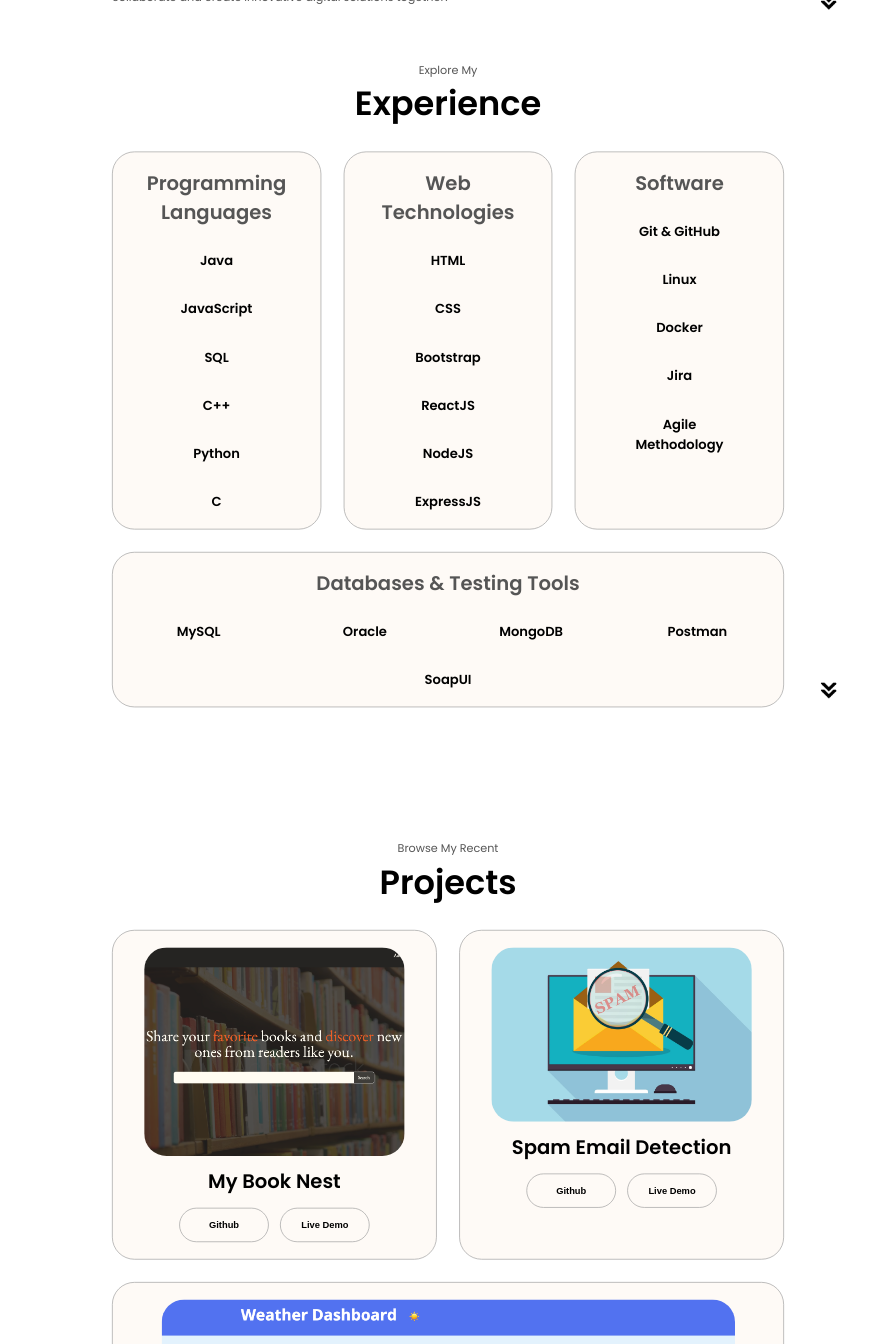
Repository: Pradnya-07/Portfolio-Pradnya
Page: index.html
The author's editor kept a copy of each file at every save. The page is drawn from the files as they stood at one save, then again after the next save.
The browser window is 1280 px wide. The pictures show the part of the page from y = 1448 to 3368 px (the page is 4542 px tall before and 4571 px after), at 70% of full size.

Above is the page before, as saved 2025-05-01 16:53:15.

### index.html
<!DOCTYPE html>
<html lang="en">
  <head>
    <meta charset="UTF-8" />
    <meta http-equiv="X-UA-Compatible" content="IE=edge" />
    <meta name="viewport" content="width=device-width, initial-scale=1.0" />
    <title>My Portfolio</title>
    <link rel="stylesheet" href="style.css" />
    <link rel="stylesheet" href="mediaqueries.css" />
  </head>
  <body>
    <nav id="desktop-nav">
      <div class="logo">Pradnya Baviskar</div>
      <div>
        <ul class="nav-links">
          <li><a href="#about">About</a></li>
          <li><a href="#experience">Experience</a></li>
          <li><a href="#projects">Projects</a></li>
          <li><a href="#contact">Contact</a></li>
        </ul>
      </div>
    </nav>
    <nav id="hamburger-nav">
      <div class="logo">Pradnya Baviskar</div>
      <div class="hamburger-menu">
        <div class="hamburger-icon" onclick="toggleMenu()">
          <span></span>
          <span></span>
          <span></span>
        </div>
        <div class="menu-links">
          <li><a href="#about" onclick="toggleMenu()">About</a></li>
          <li><a href="#experience" onclick="toggleMenu()">Experience</a></li>
          <li><a href="#projects" onclick="toggleMenu()">Projects</a></li>
          <li><a href="#contact" onclick="toggleMenu()">Contact</a></li>
        </div>
      </div>
    </nav>
    <section id="profile">
      <div class="section__pic-container">
        <img src="./assets/profile-pic.JPG" alt="Pradnya Baviskar profile picture" />
      </div>
      <div class="section__text">
        <p class="section__text__p2">Hello, I'm</p>
        <h1 class="title">Pradnya Baviskar</h1>
        <p class="section__text__p2">Software Developer - Full Stack</p>
        <div class="btn-container">
          <button
            class="btn btn-color-2"
            onclick="window.open('./assets/pradnya_baviskar-3.pdf')"
          >
            Download CV
          </button>
          <button class="btn btn-color-1" onclick="location.href='#contact'">
            Contact Info
          </button>
        </div>
        <div id="socials-container">
          <img
            src="./assets/linkedin.png"
            alt="My LinkedIn profile"
            class="icon"
            onclick="location.href='https://linkedin.com/'"
          />
          <img
            src="./assets/github.png"
            alt="My Github profile"
            class="icon"
            onclick="location.href='https://github.com/'"
          />
        </div>
      </div>
    </section>
    <section id="about">
      <p class="section__text__p1">Get To Know More</p>
      <h1 class="title">About Me</h1>
      <div class="section-container">

        <div class="about-details-container">
          <div class="about-containers">
            <div class="details-container">
              <img
                src="./assets/experience.png"
                alt="Experience icon"
                class="icon"
              />
              <h3>Experience</h3>
              <p>3+ years <br />Full Stack Development</p>
            </div>
            <div class="details-container">
              <img
                src="./assets/education.png"
                alt="Education icon"
                class="icon"
              />
              <h3>Education</h3>
              <p>B.Tech. Bachelors Degree<br />M.Sc. Masters Degree</p>
            </div>
          </div>
          <div class="text-container">
            <p>
              I'm a Full Stack Developer with over 3 years of experience building scalable, production-ready web applications.
              My expertise lies in backend development using Java, SQL Server, Oracle, and Spring Boot, combined with frontend technologies like JavaScript and React.js.
              I have contributed to large-scale projects by improving performance and delivering complex financial technology solutions for top-tier banks, ensuring both efficiency and innovation.
              I’m passionate about writing clean, maintainable code and collaborating within cross-functional teams to solve challenging problems.
            </p>
            <p style=" margin-top: 2%;">
              With a Master's degree in Software Engineering and Testing, I am committed to staying ahead in the evolving tech landscape by learning and implementing emerging technologies.
              Whether it’s designing sleek front-end interfaces or optimizing complex back-end systems, I strive to build applications that are efficient, user-friendly, and impactful.
              Let’s collaborate and create innovative digital solutions together!
            </p>
          </div>
        </div>
      </div>
      <img
        src="./assets/arrow.png"
        alt="Arrow icon"
        class="icon arrow"
        onclick="location.href='#experience'"
      />
    </section>
    <section id="experience">
      <p class="section__text__p1">Explore My</p>
      <h1 class="title">Experience</h1>
      <div class="experience-details-container">
        <div class="about-containers">
          <div class="details-container">
            <h2 class="experience-sub-title">Programming Languages</h2>
            <div class="article-container">
              <article class="skills">

                <div>
                  <h3 class="skills">Java</h3>
                </div>
              </article>
              <article class="skills">

                <div>
                  <h3 class="skills">JavaScript</h3>

                </div>
              </article>
              <article class="skills">

                <div>
                  <h3 class="skills">SQL</h3>

                </div>
              </article>
              <article class="skills">

                <div>
                  <h3 class="skills">C++</h3>

                </div>
              </article>
              <article class="skills">

                <div>
                  <h3>Python</h3>
                </div>
              </article>
              <article class="skills">

                <div>
                  <h3 class="skills">C</h3>
                </div>
              </article>

            </div>
          </div>

          <div class="details-container">
            <h2 class="experience-sub-title">Web Technologies</h2>
            <div class="article-container">
              <article>

                <div>
                  <h3>HTML</h3>
                </div>
              </article>
              <article>

                <div>
                  <h3>CSS</h3>
                </div>
              </article>
              <article>

                <div>
                  <h3>Bootstrap</h3>
                </div>
              </article>
              <article>

                <div>
                  <h3>ReactJS</h3>
                </div>
              </article>
              <article>

                <div>
                  <h3>NodeJS</h3>
                </div>
              </article>
              <article>

                <div>
                  <h3>ExpressJS</h3>
                </div>
              </article>
            </div>
          </div>

          <div class="details-container">
            <h2 class="experience-sub-title">Software</h2>
            <div class="article-container">
              <article>

                <div>
                  <h3>Git & GitHub</h3>
                </div>
              </article>
              <article>

                <div>
                  <h3>Linux</h3>
                </div>
              </article>



              <article>

                <div>
                  <h3>Docker</h3>
                </div>
              </article>
              <article>

                <div>
                  <h3>Jira</h3>
                </div>
              </article>
              <article>

                <div>
                  <h3 class="skills">Agile Methodology</h3>
                </div>
              </article>
            </div>
          </div>

          <div class="details-container">
            <h2 class="experience-sub-title">Databases & Testing Tools</h2>
            <div class="article-container">
              <article>

                <div>
                  <h3>MySQL</h3>
                </div>
              </article>
              <article>

                <div>
                  <h3>Oracle</h3>
                </div>
              </article>
              <article>

                <div>
                  <h3>MongoDB</h3>
                </div>
              </article>
              <article>

                <div>
                  <h3>Postman</h3>
                </div>
              </article>
              <article>

                <div>
                  <h3>SoapUI</h3>
                </div>
              </article>

            </div>
          </div>


        </div>
      </div>
      <img
        src="./assets/arrow.png"
        alt="Arrow icon"
        class="icon arrow"
        onclick="location.href='#projects'"
      />
    </section>

    <section id="projects">
      <p class="section__text__p1">Browse My Recent</p>
      <h1 class="title">Projects</h1>
      <div class="experience-details-container">
        <div class="about-containers">
          <div class="details-container color-container">
            <div class="article-container">
              <img
                src="./assets/project1.png"
                alt="Project 1"
                class="project-img"
              />
            </div>
            <h2 class="experience-sub-title project-title">My Book Nest</h2>
            <div class="btn-container">
              <button
                class="btn btn-color-2 project-btn"
                onclick="location.href='https://github.com/Pradnya-07/Pradnya-s_Library'"
              >
                Github
              </button>
              <button
                class="btn btn-color-2 project-btn"
                onclick="location.href='https://pradnya-s-library.onrender.com'"
              >
                Live Demo
              </button>
            </div>
          </div>
          <div class="details-container color-container">
            <div class="article-container">
              <img
                src="./assets/scam.png"
                alt="Project 2"
                class="project-img"
              />
            </div>
            <h2 class="experience-sub-title project-title">Spam Email Detection</h2>
            <div class="btn-container">
              <button
                class="btn btn-color-2 project-btn"
                onclick="location.href='https://github.com/Pradnya-07/Spam_Email_Detection'"
              >
                Github
              </button>
              <button
                class="btn btn-color-2 project-btn"
                onclick="location.href='https://spam-email-detection-9in7.onrender.com'"
              >
                Live Demo
              </button>
            </div>
          </div>
          <div class="details-container color-container">
            <div class="article-container">
              <img
                src="./assets/forecast.png"
                alt="Project 3"
                class="project-img"
              />
            </div>
            <h2 class="experience-sub-title project-title">Weather Forecast</h2>
            <div class="btn-container" style="margin-top: 14%;">
              <button
                class="btn btn-color-2 project-btn"
                onclick="location.href='https://github.com/Pradnya-07/Weather-Dashboard'"
              >
                Github
              </button>
              <button
                class="btn btn-color-2 project-btn"
                onclick="location.href='https://pradnya-07.github.io/Weather-Dashboard/'"
              >
                Live Demo
              </button>
            </div>
          </div>
        </div>
      </div>
      <img
        src="./assets/arrow.png"
        alt="Arrow icon"
        class="icon arrow"
        onclick="location.href='#contact'"
      />
    </section>
    <section id="contact">


      <div class="contact-info-upper-container">
        <div class="contact-info-container">
          <img
            src="./assets/email.png"
            alt="Email icon"
            class="icon contact-icon email-icon"
          />
          <p><a href="mailto:pradnyabaviskar56p@gmail.com">pradnyabaviskar56p@gmail.com</a></p>
        </div>
        <div class="contact-info-container">
          <img
            src="./assets/linkedin.png"
            alt="LinkedIn icon"
            class="icon contact-icon"
          />
          <p><a href="https://www.linkedin.com">LinkedIn</a></p>
        </div>
      </div>
    </section>
    <footer>
      <nav>
        <div class="nav-links-container">
          <ul class="nav-links">
            <li><a href="#about">About</a></li>
            <li><a href="#experience">Experience</a></li>
            <li><a href="#projects">Projects</a></li>
            <li><a href="#contact">Contact</a></li>
          </ul>
        </div>
      </nav>
      <p>Copyright &#169; 2025 Pradnya Baviskar. All Rights Reserved.</p>
    </footer>
    <script src="script.js"></script>
  </body>
</html>

### style.css
/* GENERAL */

@import url("https://fonts.googleapis.com/css2?family=Poppins:wght@300;400;500;600&display=swap");

* {
  margin: 0;
  padding: 0;
}

body {
  font-family: "Poppins", sans-serif;
}

html {
  scroll-behavior: smooth;
}

p {
  color: rgb(85, 85, 85);
}

/* TRANSITION */

a,
.btn {
  transition: all 300ms ease;
}

/* DESKTOP NAV */

nav,
.nav-links {
  display: flex;
}

nav {
  justify-content: space-around;
  align-items: center;
  height: 17vh;
}

.nav-links {
  gap: 2rem;
  list-style: none;
  font-size: 1.5rem;
}

a {
  color: black;
  text-decoration: none;
  text-decoration-color: white;
}

a:hover {
  color: grey;
  text-decoration: underline;
  text-underline-offset: 1rem;
  text-decoration-color: rgb(181, 181, 181);
}

.logo {
  font-size: 2rem;
}

.logo:hover {
  cursor: default;
}

/* HAMBURGER MENU */

#hamburger-nav {
  display: none;
}

.hamburger-menu {
  position: relative;
  display: inline-block;
}

.hamburger-icon {
  display: flex;
  flex-direction: column;
  justify-content: space-between;
  height: 24px;
  width: 30px;
  cursor: pointer;
}

.hamburger-icon span {
  width: 100%;
  height: 2px;
  background-color: black;
  transition: all 0.3 ease-in-out;
}

.menu-links {
  position: absolute;
  top: 100%;
  right: 0;
  background-color: white;
  width: fit-content;
  max-height: 0;
  overflow: hidden;
  transition: all 0.3 ease-in-out;
}

.menu-links a {
  display: block;
  padding: 10px;
  text-align: center;
  font-size: 1.5rem;
  color: black;
  text-decoration: none;
  transition: all 0.3 ease-in-out;
}

.menu-links li {
  list-style: none;
}

.menu-links.open {
  max-height: 300px;
}

.hamburger-icon.open span:first-child {
  transform: rotate(45deg) translate(10px, 5px);
}

.hamburger-icon.open span:nth-child(2) {
  opacity: 0;
}

.hamburger-icon.open span:last-child {
  transform: rotate(-45deg) translate(10px, -5px);
}

.hamburger-icon span:first-child {
  transform: none;
}

.hamburger-icon span:first-child {
  opacity: 1;
}

.hamburger-icon span:first-child {
  transform: none;
}

/* SECTIONS */

section {
  padding-top: 4vh;
  height: 96vh;
  margin: 0 10rem;
  box-sizing: border-box;
  min-height: fit-content;
}

.section-container {
  display: flex;
}

.skills {
  text-align: center;

}

/* PROFILE SECTION */

#profile {
  display: flex;
  justify-content: center;
  gap: 5rem;
  height: 80vh;
}

.section__pic-container {
  display: flex;
  height: 400px;
  width: 400px;
  margin: auto 0;
}

.section__text {
  align-self: center;
  text-align: center;
}

.section__text p {
  font-weight: 600;
}

.section__text__p1 {
  text-align: center;
}

.section__text__p2 {
  font-size: 1.75rem;
  margin-bottom: 1rem;
}

.title {
  font-size: 3rem;
  text-align: center;
}

#socials-container {
  display: flex;
  justify-content: center;
  margin-top: 1rem;
  gap: 1rem;
}

/* ICONS */

.icon {
  cursor: pointer;
  height: 2rem;
}

/* BUTTONS */

.btn-container {
  display: flex;
  justify-content: center;
  gap: 1rem;
}

.btn {
  font-weight: 600;
  transition: all 300ms ease;
  padding: 1rem;
  width: 8rem;
  border-radius: 2rem;
}

.btn-color-1,
.btn-color-2 {
  border: rgb(53, 53, 53) 0.1rem solid;
}

.btn-color-1:hover,
.btn-color-2:hover {
  cursor: pointer;
}

.btn-color-1,
.btn-color-2:hover {
  background: rgb(53, 53, 53);
  color: white;
}

.btn-color-1:hover {
  background: rgb(0, 0, 0);
}

.btn-color-2 {
  background: none;
}

.btn-color-2:hover {
  border: rgb(255, 255, 255) 0.1rem solid;
}

.btn-container {
  gap: 1rem;
}

/* ABOUT SECTION */

#about {
  position: relative;
}

.about-containers {
  gap: 2rem;
  margin-bottom: 2rem;
  margin-top: 2rem;
}

.about-details-container {
  justify-content: center;
  flex-direction: column;
}

.about-containers,
.about-details-container {
  display: flex;
}

.about-pic {
  border-radius: 2rem;
}

.arrow {
  position: absolute;
  right: -5rem;
  bottom: 2.5rem;
}

.details-container {
  padding: 1.5rem;
  flex: 1;
  background: rgb(232 188 130 / 7%);
  border-radius: 2rem;
  border: rgb(53, 53, 53) 0.1rem solid;
  border-color: rgb(163, 163, 163);
  text-align: center;
}

.section-container {
  gap: 4rem;
  height: 80%;
}

.section__pic-container {
  height: 400px;
  width: 400px;
  margin: auto 0;
}

/* EXPERIENCE SECTION */

#experience {
  position: relative;
}

.experience-sub-title {
  color: rgb(85, 85, 85);
  font-weight: 600;
  font-size: 1.75rem;
  margin-bottom: 2rem;
}

.experience-details-container {
  display: flex;
  justify-content: center;
  flex-direction: column;
}

.article-container {
  display: flex;
  text-align: initial;
  flex-wrap: wrap;
  flex-direction: row;
  gap: 2.5rem;
  justify-content: space-around;
}

article {
  display: flex;
  width: 10rem;
  justify-content: space-around;
  gap: 0.5rem;
}

article .icon {
  cursor: default;
}

/* PROJECTS SECTION */

#projects {
  position: relative;
  margin-top: 10%;
}

.color-container {
  border-color: rgb(163, 163, 163);
  background: rgb(232 188 130 / 7%);
}

.project-img {
  border-radius: 2rem;
  width: 90%;
  height: 90%;
}

.project-title {
  margin: 1rem;
  color: black;
}

.project-btn {
  color: black;
  border-color: rgb(163, 163, 163);
}

/* CONTACT */

#contact {
  display: flex;
  justify-content: center;
  flex-direction: column;
  height: 70vh;
}

.contact-info-upper-container {
  display: flex;
  justify-content: center;
  border-radius: 2rem;
  border: rgb(53, 53, 53) 0.1rem solid;
  border-color: rgb(163, 163, 163);
  background: (250, 250, 250);
  margin: 2rem auto;
  padding: 0.5rem;
  background-color: rgb(232 188 130 / 7%);
}

.contact-info-container {
  display: flex;
  align-items: center;
  justify-content: center;
  gap: 0.5rem;
  margin: 1rem;
}

.contact-info-container p {
  font-size: larger;
}

.contact-icon {
  cursor: default;
}

.email-icon {
  height: 2.5rem;
}

/* FOOTER SECTION */

footer {
  height: 26vh;
  margin: 0 1rem;
}

footer p {
  text-align: center;
}

### mediaqueries.css
@media screen and (max-width: 1400px) {
  #profile {
    height: 83vh;
    margin-bottom: 6rem;
  }
  .about-containers {
    flex-wrap: wrap;
  }
  #contact,
  #projects {
    height: fit-content;
  }
}

@media screen and (max-width: 1200px) {
  #desktop-nav {
    display: none;
  }
  #hamburger-nav {
    display: flex;
  }
  #experience,
  .experience-details-container {
    margin-top: 2rem;
  }
  #profile,
  .section-container {
    display: block;
  }
  .arrow {
    display: none;
  }
  section,
  .section-container {
    height: fit-content;
  }
  section {
    margin: 0 5%;
  }
  .section__pic-container {
    width: 275px;
    height: 275px;
    margin: 0 auto 2rem;
  }
  .about-containers {
    margin-top: 0;
  }
}

@media screen and (max-width: 600px) {
  #contact,
  footer {
    height: 40vh;
  }
  #profile {
    height: 83vh;
    margin-bottom: 0;
  }
  article {
    font-size: 1rem;
  }
  footer nav {
    height: fit-content;
    margin-bottom: 2rem;
  }
  .about-containers,
  .contact-info-upper-container,
  .btn-container {
    flex-wrap: wrap;
  }
  .contact-info-container {
    margin: 0;
  }
  .contact-info-container p,
  .nav-links li a {
    font-size: 1rem;
  }
  .experience-sub-title {
    font-size: 1.25rem;
  }
  .logo {
    font-size: 1.5rem;
  }
  .nav-links {
    flex-direction: column;
    gap: 0.5rem;
    text-align: center;
  }
  .section__pic-container {
    width: auto;
    height: 46vw;
    justify-content: center;
  }
  .section__text__p2 {
    font-size: 1.25rem;
  }
  .title {
    font-size: 2rem;
  }
  .text-container {
    text-align: justify;
  }
}

Loaded but not shown: script.js (common file)

After the next save:
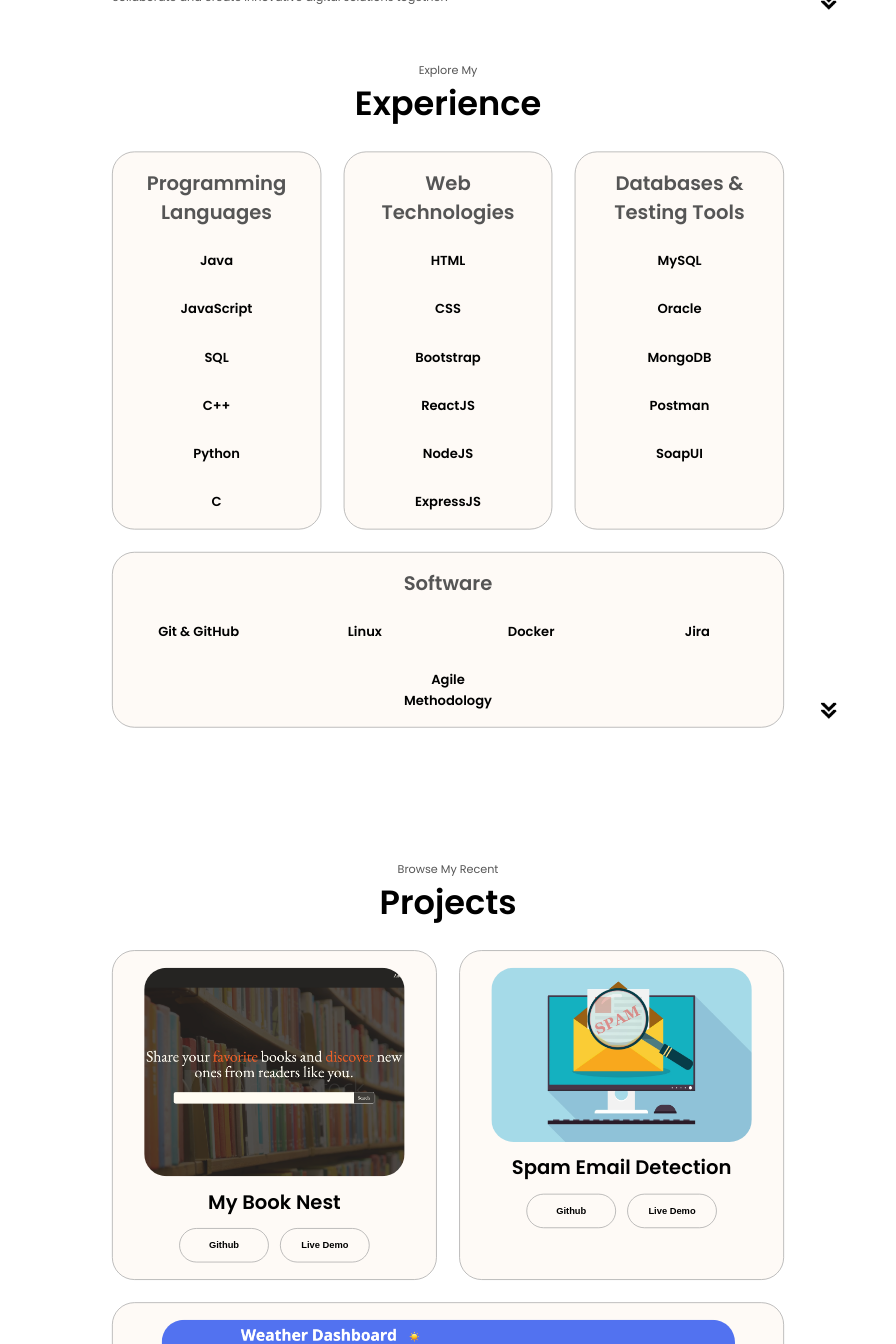
Saved 52 s later.
--- a/index.html
+++ b/index.html
@@ -213,6 +213,43 @@
           </div>
 
           <div class="details-container">
+            <h2 class="experience-sub-title">Databases & Testing Tools</h2>
+            <div class="article-container">
+              <article>
+
+                <div>
+                  <h3>MySQL</h3>
+                </div>
+              </article>
+              <article>
+
+                <div>
+                  <h3>Oracle</h3>
+                </div>
+              </article>
+              <article>
+
+                <div>
+                  <h3>MongoDB</h3>
+                </div>
+              </article>
+              <article>
+
+                <div>
+                  <h3>Postman</h3>
+                </div>
+              </article>
+              <article>
+
+                <div>
+                  <h3>SoapUI</h3>
+                </div>
+              </article>
+
+            </div>
+          </div>
+
+          <div class="details-container">
             <h2 class="experience-sub-title">Software</h2>
             <div class="article-container">
               <article>
@@ -251,42 +288,7 @@
             </div>
           </div>
 
-          <div class="details-container">
-            <h2 class="experience-sub-title">Databases & Testing Tools</h2>
-            <div class="article-container">
-              <article>
-
-                <div>
-                  <h3>MySQL</h3>
-                </div>
-              </article>
-              <article>
-
-                <div>
-                  <h3>Oracle</h3>
-                </div>
-              </article>
-              <article>
-
-                <div>
-                  <h3>MongoDB</h3>
-                </div>
-              </article>
-              <article>
-
-                <div>
-                  <h3>Postman</h3>
-                </div>
-              </article>
-              <article>
-
-                <div>
-                  <h3>SoapUI</h3>
-                </div>
-              </article>
-
-            </div>
-          </div>
+
 
 
         </div>
